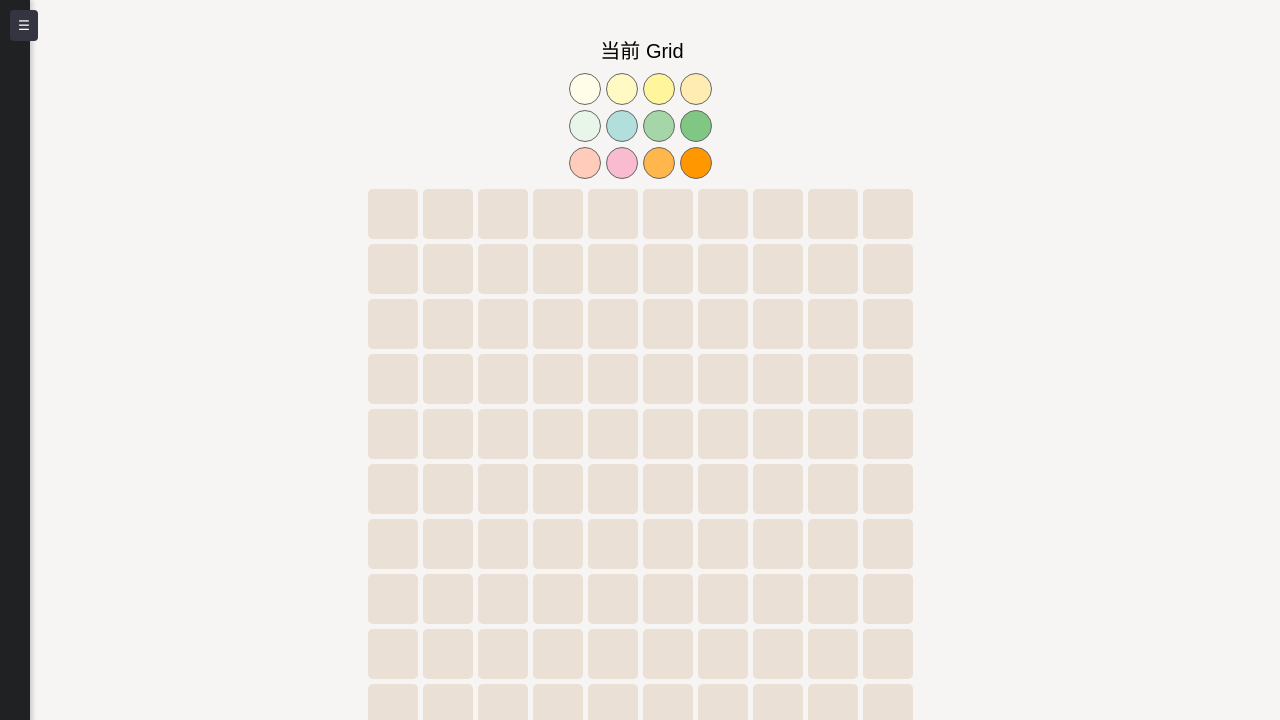
Repository: JemmaUZH/100-Hours
Page: index.html
These files come from the project's save history. The page is drawn as it stood at one moment and after the next save; the edit follows.
The browser window is 1280 px wide. The pictures show the whole page.

Above is the page before, as saved 2025-02-26 16:30:37.

After the next save:
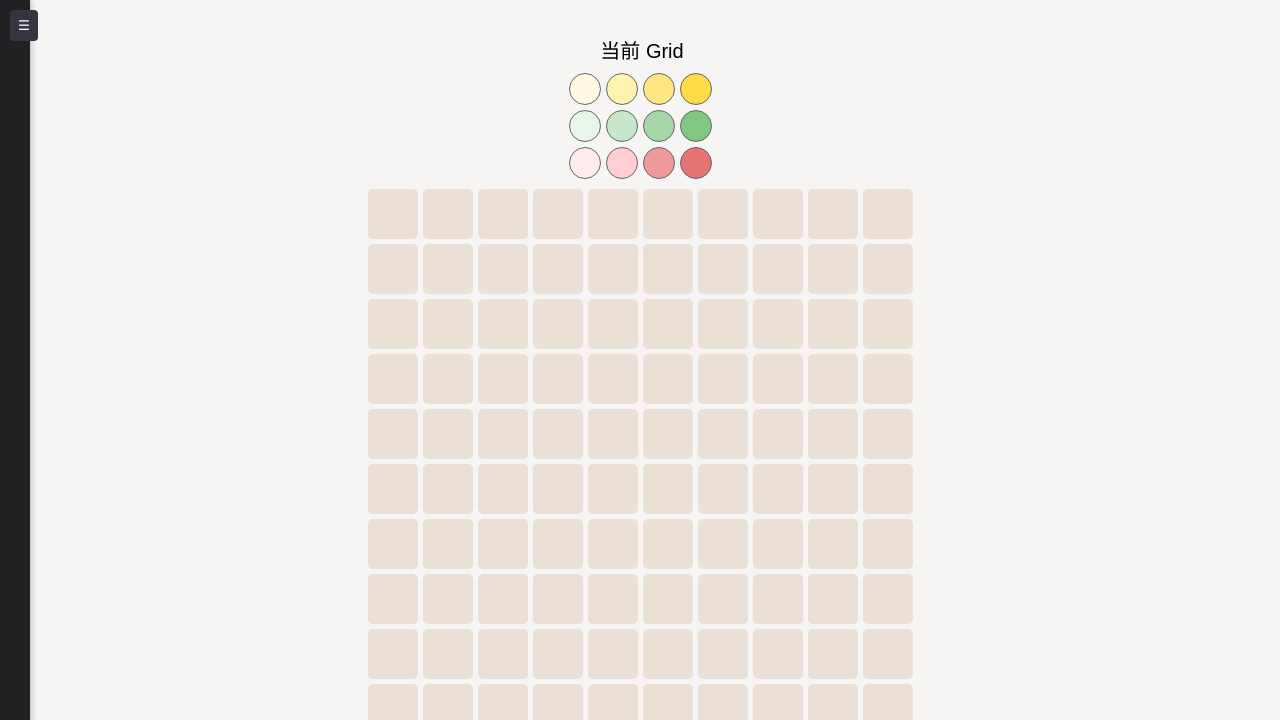
Saved 3 min 34 s later.
--- a/js/colorPicker.js
+++ b/js/colorPicker.js
@@ -1,7 +1,7 @@
 // 定义三组颜色，每组 4 个，按从浅到深排列
-const yellowColors = ["#FFFDE7", "#FFF9C4", "#FFF59D", "#FFECB3"];
-const greenColors  = ["#E8F5E9", "#B2DFDB", "#A5D6A7", "#81C784"];
-const redColors    = ["#FFCCBC", "#F8BBD0", "#FFB74D", "#FF9800"];
+const yellowColors = ["#FFF9E3", "#FFF3B0", "#FFE684", "#FFDC48"];  // 温暖、柔和的黄色
+const greenColors  = ["#E8F5E9", "#C8E6C9", "#A5D6A7", "#81C784"];  // 清新、自然的绿色
+const redColors    = ["#FFEBEE", "#FFCDD2", "#EF9A9A", "#E57373"];  // 柔和、带点暖意的红色
 
 // 合并成一个 12 个颜色的数组，顺序：第一行黄色系，第二行绿色系，第三行红色系
 const colors = [...yellowColors, ...greenColors, ...redColors];
